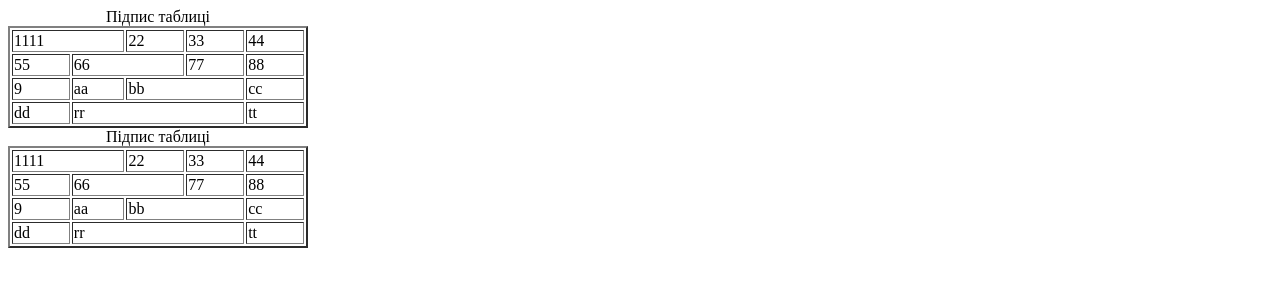
Repository: KseniaMakara/Web
Page: tables/index.html
These files come from the project's save history. The page is drawn as it stood at one moment and after the next save; the edit follows.
The browser window is 1280 px wide. The pictures show the whole page.

Above is the page before, as saved 2021-02-14 14:02:07.

After the next save:
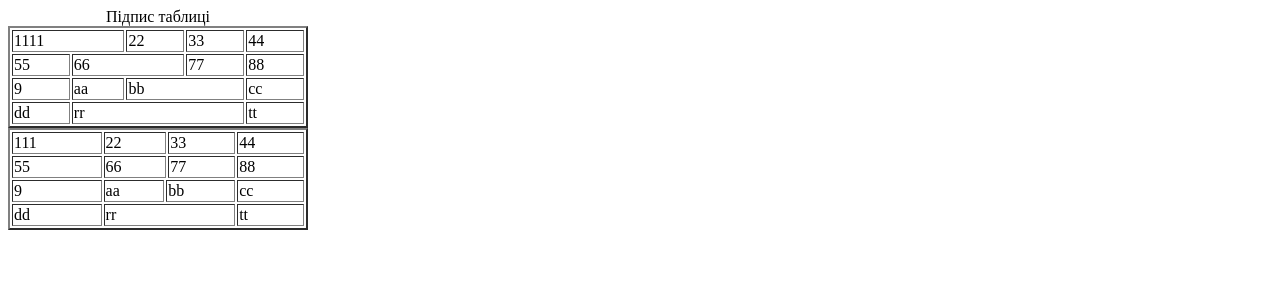
Saved 67 s later.
--- a/tables/index.html
+++ b/tables/index.html
@@ -29,10 +29,10 @@
 
 
     <table border="2px" width="300px">
-        <caption>Підпис таблиці</caption>
+
         <tr>
-            <td colspan="2"> 1111 </td>
-            <td> 22 </td>
+            <td > 111 </td>
+            <td colspan="2">  22 </td>
             <td> 33 </td>
             <td> 44 </td>
 
